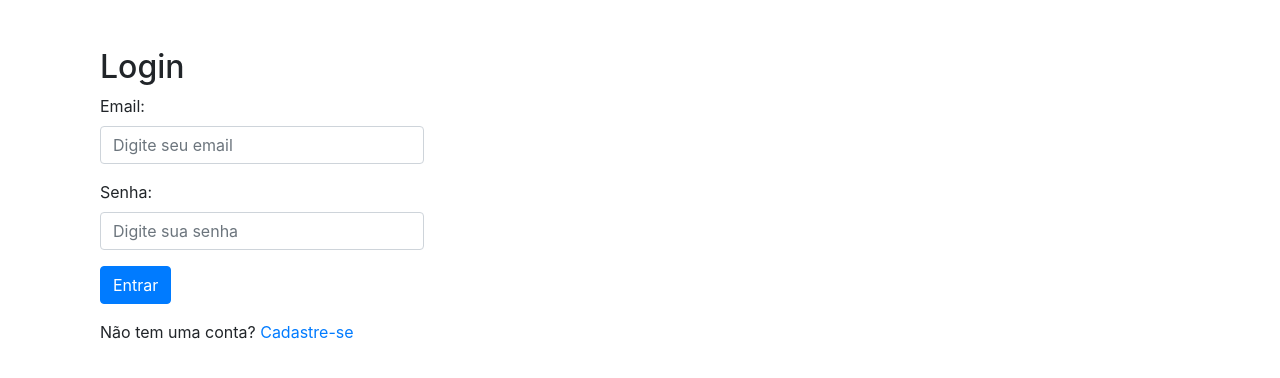
Repository: AndersonSchinemann/ProjetoSaas
Page: TopData/src/main/resources/static/views/loginUser.html
The author's editor kept a copy of each file at every save. The page is drawn from the files as they stood at one save, then again after the next save.
The browser window is 1280 px wide. The pictures show the whole page.

Above is the page before, as saved 2023-11-19 01:23:33.

### TopData/src/main/resources/static/views/loginUser.html
<!DOCTYPE html>
<!-- Adicione Bootstrap CSS e AngularJS -->
<!--
<link rel="stylesheet" href="https://maxcdn.bootstrapcdn.com/bootstrap/3.3.7/css/bootstrap.min.css">
<script src="https://cdnjs.cloudflare.com/ajax/libs/angular-ui-bootstrap/3.0.6/ui-bootstrap-tpls.min.js"></script>
-->

<!-- Adicione ng-bootstrap CSS e JavaScript -->
<link rel="stylesheet" href="https://maxcdn.bootstrapcdn.com/bootstrap/4.5.2/css/bootstrap.min.css">

<script src="https://ajax.googleapis.com/ajax/libs/angularjs/1.8.2/angular.min.js"></script>



<style>
  /* Adicione um estilo personalizado para ajustar a largura dos inputs */
  .custom-width-input {
    width: 30%;
  }
</style>
<title>Tela Login</title>
<!-- Seus scripts Angular -->
<script src="js/controllerLogin.js"></script>

<div class="container text-left" ng-app="myLogin" ng-controller="LoginController">

  <!-- Formulário de Login -->
  <div class="container mt-5">
    <h2>Login</h2>
    <form>
      <div class="form-group">
        <label for="email">Email:</label>
        <input type="email" class="form-control custom-width-input" id="email"  name="email" ng-model="login.email"  placeholder="Digite seu email">
      </div>
      <div class="form-group">
        <label for="senha">Senha:</label>
        <input type="password" class="form-control custom-width-input" id="senha" name="senha" ng-model="login.senha" placeholder="Digite sua senha">
      </div>
      <button type="button" class="btn btn-primary" ng-click="acessoLogin()">Entrar</button>
    </form>
    <div class="mt-3">
      <p>Não tem uma conta? <a href="/cadastro">Cadastre-se</a></p>
    </div>
  </div>
</div>

### TopData/src/main/resources/static/js/controllerLogin.js


 var app=angular.module('myLogin', []);


app.controller('LoginController', function($scope, $http,$window) {
    $scope.credentials = {
        username: '',
        password: ''
    };
    var config = {
    headers: {
        'Content-Type': 'application/json'
    }
};
    $scope.login = function() {
        $http.post('/api/login', $scope.credentials,config)
            .then(function(response) {
                $window.sessionStorage.token = response.data.token;
                alert('Login bem-sucedido!');
            })
            .catch(function(error) {
                console.log(error);
                alert('Credenciais inválidas.');
            });
    };
});

app.factory('AuthInterceptor', function($q, $window, $injector) {
    return {
        request: function(config) {
            config.headers = config.headers || {};
            if ($window.sessionStorage.token) {
                config.headers.Authorization = 'Bearer ' + $window.sessionStorage.token;
            }

            // Adicionar token CSRF se necessário
            var csrfToken = $window.document.querySelector("meta[name='_csrf']").content;
            var csrfHeader = $window.document.querySelector("meta[name='_csrf_header']").content;

            if (csrfToken && csrfHeader) {
                config.headers[csrfHeader] = csrfToken;
            }

            return config;
        },
        responseError: function(rejection) {
            // Tratar erros de autenticação ou autorização
            return $q.reject(rejection);
        }
    };
});

After the next save:
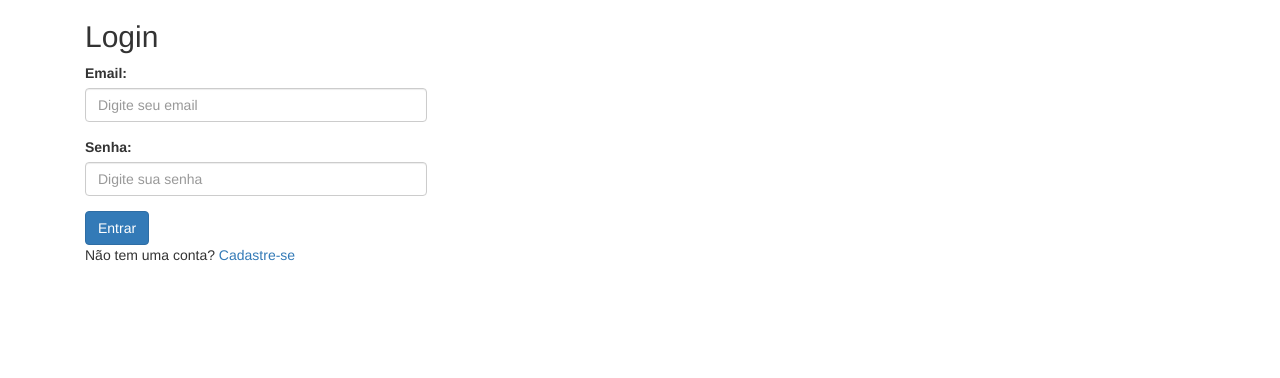
Saved 39 s later.
--- a/TopData/src/main/resources/static/views/loginUser.html
+++ b/TopData/src/main/resources/static/views/loginUser.html
@@ -2,11 +2,13 @@
 <!-- Adicione Bootstrap CSS e AngularJS -->
 <!--
 <link rel="stylesheet" href="https://maxcdn.bootstrapcdn.com/bootstrap/3.3.7/css/bootstrap.min.css">
+<link rel="stylesheet" href="https://maxcdn.bootstrapcdn.com/bootstrap/4.5.2/css/bootstrap.min.css">
 <script src="https://cdnjs.cloudflare.com/ajax/libs/angular-ui-bootstrap/3.0.6/ui-bootstrap-tpls.min.js"></script>
 -->
 
 <!-- Adicione ng-bootstrap CSS e JavaScript -->
-<link rel="stylesheet" href="https://maxcdn.bootstrapcdn.com/bootstrap/4.5.2/css/bootstrap.min.css">
+
+<link rel="stylesheet" href="https://maxcdn.bootstrapcdn.com/bootstrap/3.3.7/css/bootstrap.min.css">
 
 <script src="https://ajax.googleapis.com/ajax/libs/angularjs/1.8.2/angular.min.js"></script>
 
